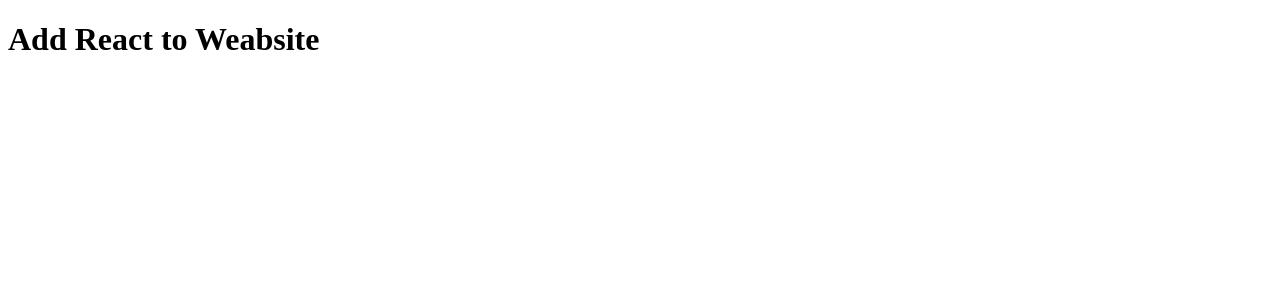
Repository: thuan711/Knowledge-Reacjs
Page: index.html
An editor plug-in stored every save of this project. The page is shown before and after the next save, followed by the edit.
The browser window is 1280 px wide. The pictures show the whole page.

Above is the page before, as saved 2023-06-09 09:04:22.

After the next save:
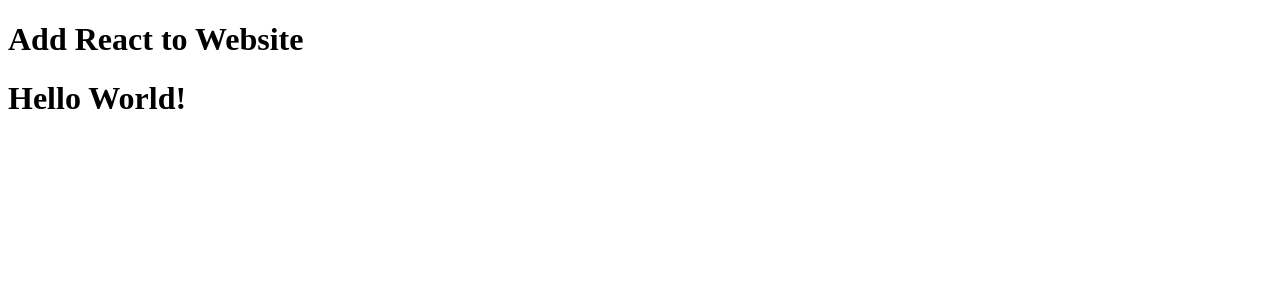
Saved 19 min 45 s later.
--- a/index.html
+++ b/index.html
@@ -8,7 +8,7 @@
     <script src="https://unpkg.com/react@18/umd/react.development.js" crossorigin></script>
 </head>
 <body>
-    <h1>Add React to Weabsite</h1>
+    <h1>Add React to Website</h1>
     <!--
         1. Github, NPMJS, UNPKG
         - Github là nơi lưu trữ mã nguồnhttps://github.com/facebook/react
@@ -17,5 +17,29 @@
         2. Add React to website
         3. Official doc
     -->
+    <!--
+        1. React.createElement() -> React element
+        2. So sánh với document.createElement() -> DOM element
+        3. Thay đổi: id, className, style, ...
+        4. Thêm: text, HTML
+        5. Tạo: <h1 title="Hello" class="heading">Hello World</h1>
+    -->
+    <script>
+        //DOM
+        const h1DOM = document.createElement('h1');
+        h1DOM.title = 'Hello'
+        h1DOM.className = 'heading'
+        h1DOM.innerText = 'Hello World!'
+        document.body.appendChild(h1DOM);
+        //React -> React-DOM
+        //React.createElement(type,props,children,n);
+        const h1React = React.createElement('h1',{
+            title: 'Hello',
+            className: 'headings',
+        },'Hello World!')
+
+        console.dir(h1DOM);
+        console.log(h1React);
+    </script>
 </body>
 </html>
